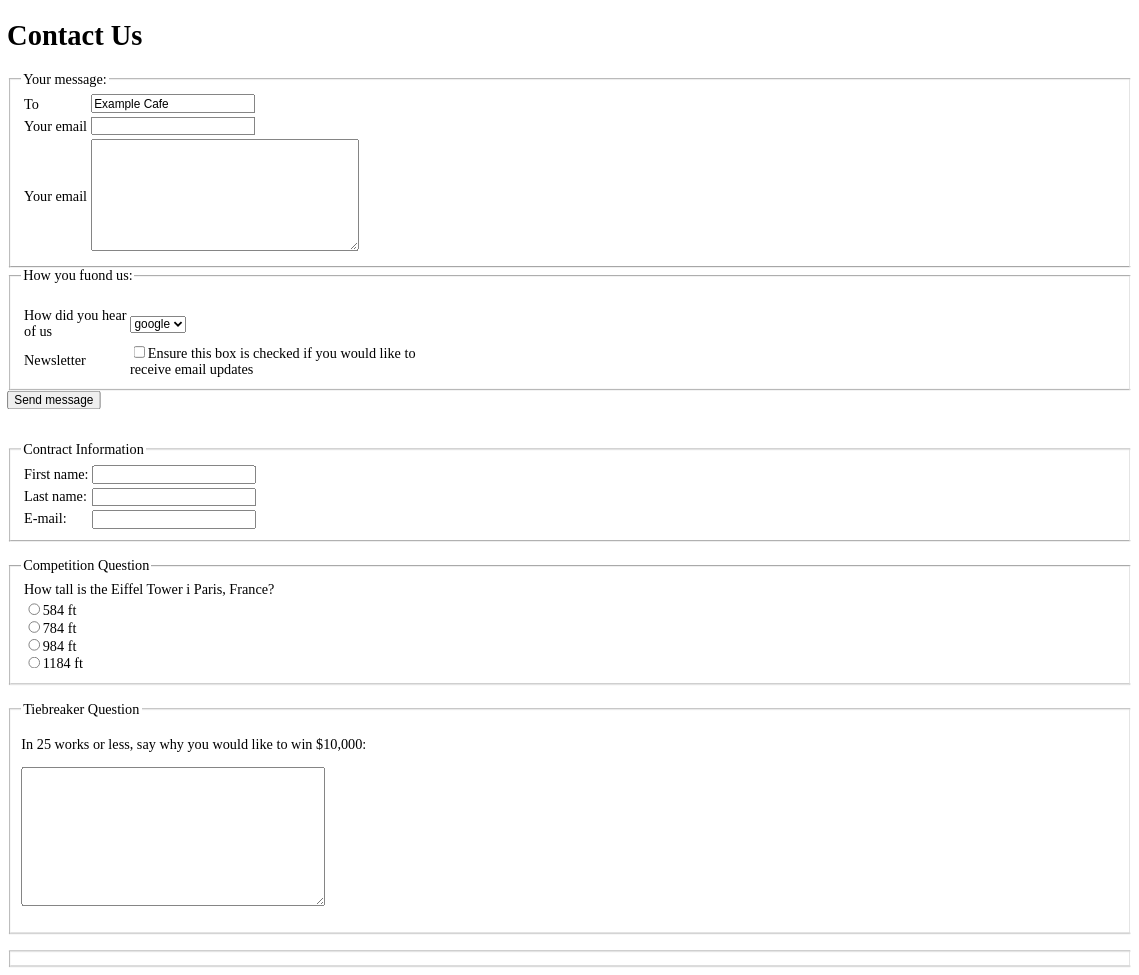
Repository: PhamChiXuan1/HTCNW_tuan3_DHCNTT16C_PhamChiXuan_20030131
Page: bt15.html
An editor plug-in stored every save of this project. The page is shown before and after the next save, followed by the edit.
The browser window is 1280 px wide. The pictures show the whole page, at 89% of full size.

Above is the page before, as saved 2022-02-28 12:29:56.

### bt15.html
<!DOCTYPE html>
<html lang="en">
<head>
    <meta charset="UTF-8">
    <meta http-equiv="X-UA-Compatible" content="IE=edge">
    <meta name="viewport" content="width=device-width, initial-scale=1.0">
    <title>Document</title>
</head>
<body>
    <H1>Contact Us</H1>
    <fieldset>
        <legend>Your message:</legend>
        <table>
            <tr>
                <td><table for="emailTo">To</table></td>
                <td><input type="text" name="txtTo" id="emailTo"  size="20" value="Example Cafe"></td>
            </tr>
            <tr>
                <td><table for="emailFrom">Your email</table></td>
                <td><input type="text" name="txtTo" id="emailFrom"  size="20" value=""></td>
            </tr>
            <tr>
                <td><table for="emailBody">Your email</table></td>
                <td><textarea name="" id="emailBody" cols="35" rows="8"></textarea></td>
            </tr>
        </table>
    </fieldset>
    <fieldset>
        <legend>How you fuond us:</legend>
        <table>
            <tr>
                <td>
                    How did you hear <br>of us
                <td>
                    <select>
                        <option>google</option>
                    </select></td>
                </td>
            </tr>
            <br>
            <tr>
                <td>Newsletter</td>
                <td>
                    <input type="checkbox" value="Checkbox">Ensure this box is checked if you would like to <br>receive email updates
                </td>
            </tr>
        </table>
    </fieldset>
    <form>
        <input type="submit" value="Send message">
    </form>
    <br>
    <br>
    <fieldset>
        <legend>Contract Information</legend>
        <table>
            <tr>
                <td>First name:</td>
                <td><input type="text" ></td>
            </tr>
            <tr>
                <td>Last name:</td>
                <td><input type="text" ></td>
            </tr>
            <tr>
                <td>E-mail:</td>
                <td><input type="text" ></td>
            </tr>
        </table>
    </fieldset>
    <br>
    <fieldset>
        <Legend>Competition Question</Legend>
        <table>
            <tr>
                <td>How tall is the Eiffel Tower i Paris, France?</td>
            </tr>
            <tr>
                <td>
                    <input type="radio">584 ft<br>
                    <input type="radio">784 ft<br>
                    <input type="radio">984 ft<br>
                    <input type="radio">1184 ft
                </td>
            </tr>
        </table>
    </fieldset>
    <br>
    <fieldset>
        <legend>Tiebreaker Question</legend>
        <P>In 25 works or less, say why you would like to win $10,000:</P>
        <P><textarea name="" id="" cols="40" rows="10"></textarea></P>
    </fieldset>
    <br>
    <fieldset>

    </fieldset>
</body>
</html>

After the next save:
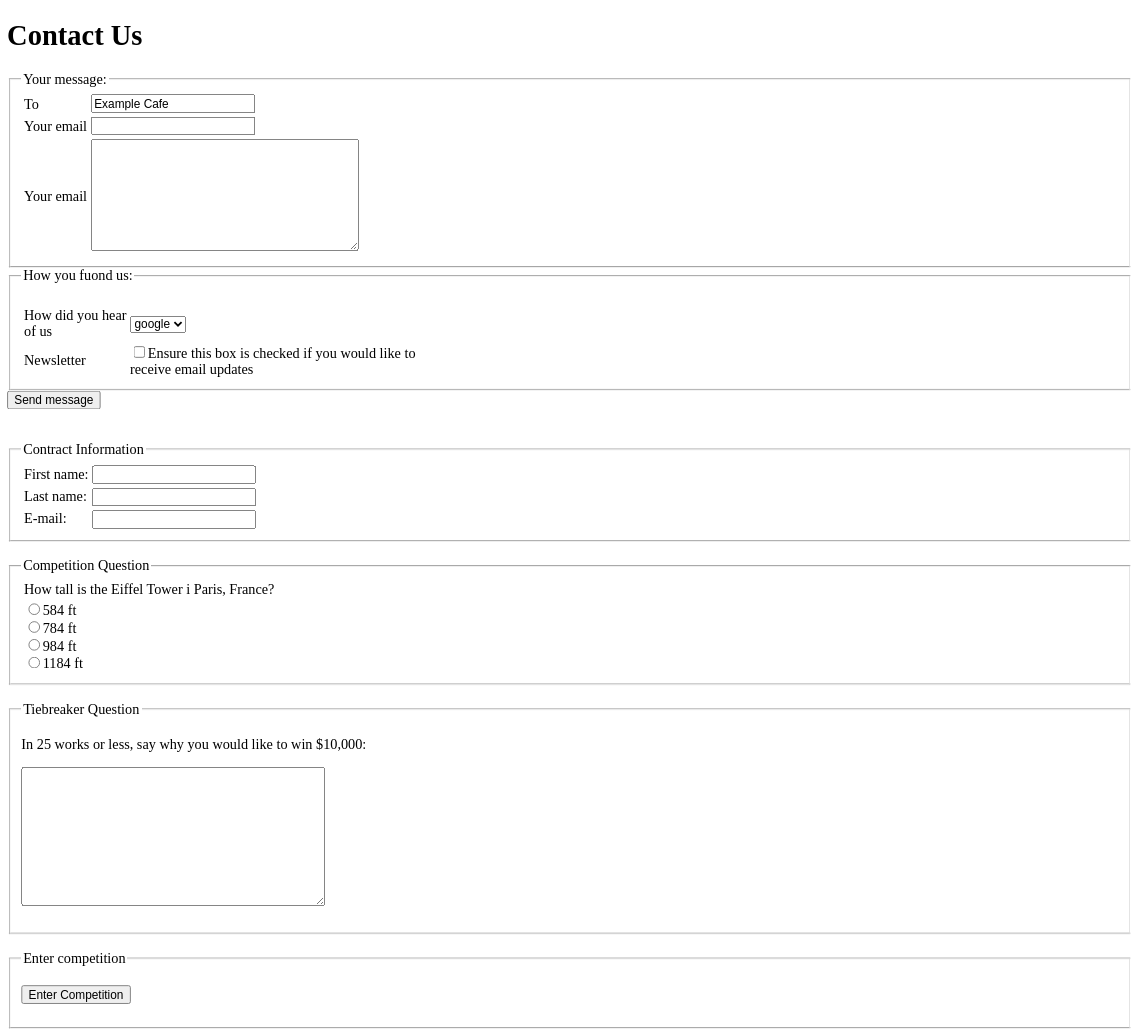
Saved 105 s later.
--- a/bt15.html
+++ b/bt15.html
@@ -93,7 +93,8 @@
     </fieldset>
     <br>
     <fieldset>
-
+        <legend>Enter competition</legend>
+        <P><input type="submit" value="Enter Competition"></P>
     </fieldset>
 </body>
 </html>
